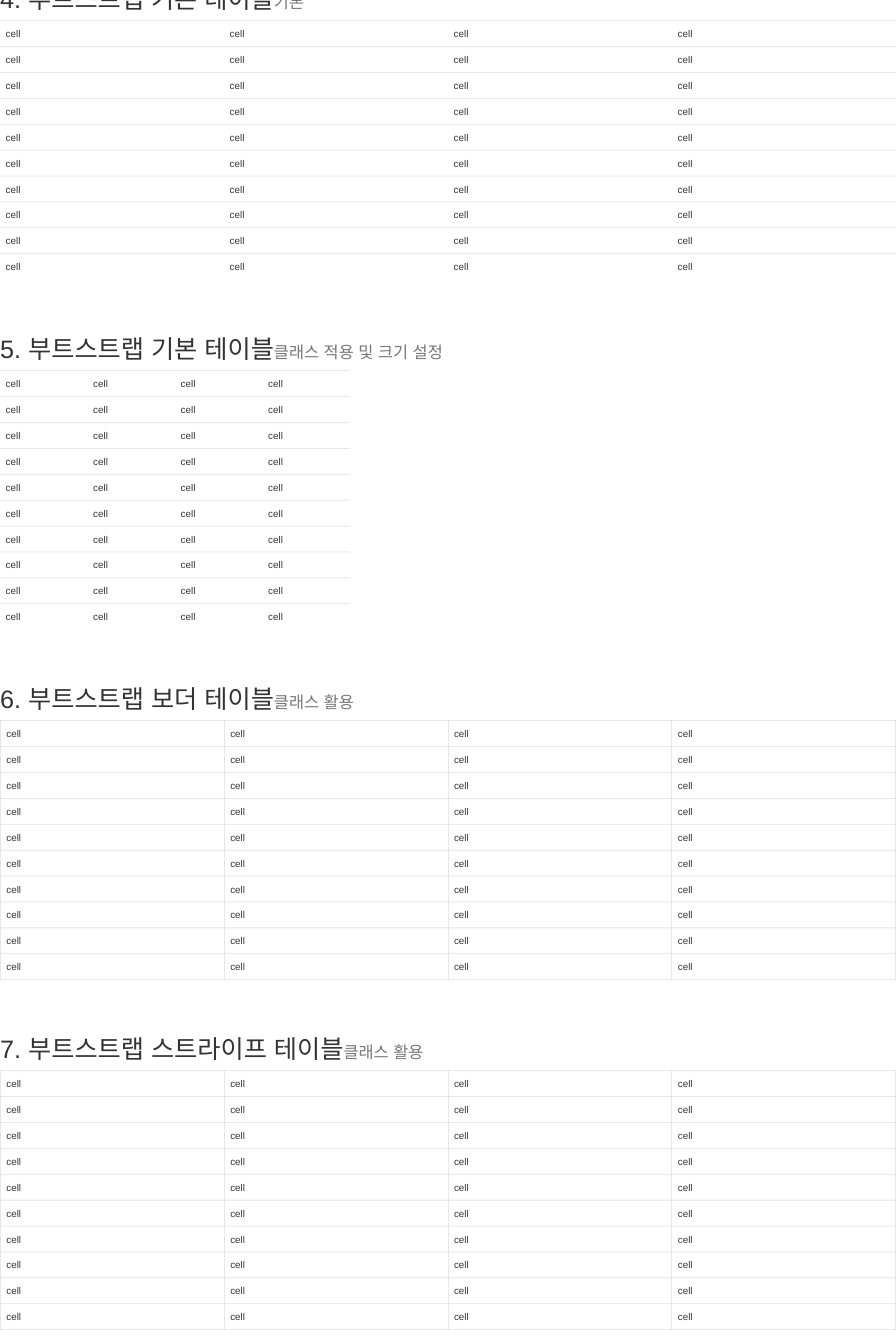
Repository: yhj4130/BootstrapStudy
Page: BootstrapWork/WebContent/BootEx02.html
The author's editor kept a copy of each file at every save. The page is drawn from the files as they stood at one save, then again after the next save.
The browser window is 1280 px wide. The pictures show the part of the page from y = 980 to 2900 px (the page is 2900 px tall before and 2899 px after), at 70% of full size.

Above is the page before, as saved 2019-06-12 01:49:06.

### BootstrapWork/WebContent/BootEx02.html
<!DOCTYPE html>
<html>
<head>
<meta charset="UTF-8">
<title>BootEx02.html</title>

<link rel="stylesheet" href="css/bootstrap.css">
<script type="text/javascript" src="js/jquery-3.4.1.min.js"></script>
<script type="text/javascript" src="js/bootstrap.min.js"></script>

<style type="text/css">
	/* 테이블 기본 서식 */
	#table
	{
		width: 500px;
		border: 1px solid black;
		border-collapse: collapse;
	}

	#table td
	{
		border: 1px solid black;
	}
</style>

</head>
<body>

<h1>1. 기본 테이블<small>기본</small></h1>

<!-- table>(tr>td{cell*4)*10 -->
<table>
	<tr>
		<td>cell</td>
		<td>cell</td>
		<td>cell</td>
		<td>cell</td>
	</tr>
	<tr>
		<td>cell</td>
		<td>cell</td>
		<td>cell</td>
		<td>cell</td>
	</tr>
	<tr>
		<td>cell</td>
		<td>cell</td>
		<td>cell</td>
		<td>cell</td>
	</tr>
	<tr>
		<td>cell</td>
		<td>cell</td>
		<td>cell</td>
		<td>cell</td>
	</tr>
	<tr>
		<td>cell</td>
		<td>cell</td>
		<td>cell</td>
		<td>cell</td>
	</tr>
	<tr>
		<td>cell</td>
		<td>cell</td>
		<td>cell</td>
		<td>cell</td>
	</tr>
	<tr>
		<td>cell</td>
		<td>cell</td>
		<td>cell</td>
		<td>cell</td>
	</tr>
	<tr>
		<td>cell</td>
		<td>cell</td>
		<td>cell</td>
		<td>cell</td>
	</tr>
	<tr>
		<td>cell</td>
		<td>cell</td>
		<td>cell</td>
		<td>cell</td>
	</tr>
	<tr>
		<td>cell</td>
		<td>cell</td>
		<td>cell</td>
		<td>cell</td>
	</tr>
</table>

<br><br>

<h1>2. 기본 테이블<small>기본</small></h1>

<table id="table">
	<tr>
		<td>cell</td>
		<td>cell</td>
		<td>cell</td>
		<td>cell</td>
	</tr>
	<tr>
		<td>cell</td>
		<td>cell</td>
		<td>cell</td>
		<td>cell</td>
	</tr>
	<tr>
		<td>cell</td>
		<td>cell</td>
		<td>cell</td>
		<td>cell</td>
	</tr>
	<tr>
		<td>cell</td>
		<td>cell</td>
		<td>cell</td>
		<td>cell</td>
	</tr>
	<tr>
		<td>cell</td>
		<td>cell</td>
		<td>cell</td>
		<td>cell</td>
	</tr>
	<tr>
		<td>cell</td>
		<td>cell</td>
		<td>cell</td>
		<td>cell</td>
	</tr>
	<tr>
		<td>cell</td>
		<td>cell</td>
		<td>cell</td>
		<td>cell</td>
	</tr>
	<tr>
		<td>cell</td>
		<td>cell</td>
		<td>cell</td>
		<td>cell</td>
	</tr>
	<tr>
		<td>cell</td>
		<td>cell</td>
		<td>cell</td>
		<td>cell</td>
	</tr>
	<tr>
		<td>cell</td>
		<td>cell</td>
		<td>cell</td>
		<td>cell</td>
	</tr>
</table>

<br><br>

<h1>3. 부트스트랩 기본 테이블<small>기본</small></h1>

<table>
	<tr>
		<td>cell</td>
		<td>cell</td>
		<td>cell</td>
		<td>cell</td>
	</tr>
	<tr>
		<td>cell</td>
		<td>cell</td>
		<td>cell</td>
		<td>cell</td>
	</tr>
	<tr>
		<td>cell</td>
		<td>cell</td>
		<td>cell</td>
		<td>cell</td>
	</tr>
	<tr>
		<td>cell</td>
		<td>cell</td>
		<td>cell</td>
		<td>cell</td>
	</tr>
	<tr>
		<td>cell</td>
		<td>cell</td>
		<td>cell</td>
		<td>cell</td>
	</tr>
	<tr>
		<td>cell</td>
		<td>cell</td>
		<td>cell</td>
		<td>cell</td>
	</tr>
	<tr>
		<td>cell</td>
		<td>cell</td>
		<td>cell</td>
		<td>cell</td>
	</tr>
	<tr>
		<td>cell</td>
		<td>cell</td>
		<td>cell</td>
		<td>cell</td>
	</tr>
	<tr>
		<td>cell</td>
		<td>cell</td>
		<td>cell</td>
		<td>cell</td>
	</tr>
	<tr>
		<td>cell</td>
		<td>cell</td>
		<td>cell</td>
		<td>cell</td>
	</tr>
</table>

<br><br>

<h1>4. 부트스트랩 기본 테이블<small>기본</small></h1>

<table class="table">
	<tr>
		<td>cell</td>
		<td>cell</td>
		<td>cell</td>
		<td>cell</td>
	</tr>
	<tr>
		<td>cell</td>
		<td>cell</td>
		<td>cell</td>
		<td>cell</td>
	</tr>
	<tr>
		<td>cell</td>
		<td>cell</td>
		<td>cell</td>
		<td>cell</td>
	</tr>
	<tr>
		<td>cell</td>
		<td>cell</td>
		<td>cell</td>
		<td>cell</td>
	</tr>
	<tr>
		<td>cell</td>
		<td>cell</td>
		<td>cell</td>
		<td>cell</td>
	</tr>
	<tr>
		<td>cell</td>
		<td>cell</td>
		<td>cell</td>
		<td>cell</td>
	</tr>
	<tr>
		<td>cell</td>
		<td>cell</td>
		<td>cell</td>
		<td>cell</td>
	</tr>
	<tr>
		<td>cell</td>
		<td>cell</td>
		<td>cell</td>
		<td>cell</td>
	</tr>
	<tr>
		<td>cell</td>
		<td>cell</td>
		<td>cell</td>
		<td>cell</td>
	</tr>
	<tr>
		<td>cell</td>
		<td>cell</td>
		<td>cell</td>
		<td>cell</td>
	</tr>
</table>

<br><br>

<h1>5. 부트스트랩 기본 테이블<small>클래스 적용 및 크기 설정</small></h1>

<table class="table" style="width: 500px;">
	<tr>
		<td>cell</td>
		<td>cell</td>
		<td>cell</td>
		<td>cell</td>
	</tr>
	<tr>
		<td>cell</td>
		<td>cell</td>
		<td>cell</td>
		<td>cell</td>
	</tr>
	<tr>
		<td>cell</td>
		<td>cell</td>
		<td>cell</td>
		<td>cell</td>
	</tr>
	<tr>
		<td>cell</td>
		<td>cell</td>
		<td>cell</td>
		<td>cell</td>
	</tr>
	<tr>
		<td>cell</td>
		<td>cell</td>
		<td>cell</td>
		<td>cell</td>
	</tr>
	<tr>
		<td>cell</td>
		<td>cell</td>
		<td>cell</td>
		<td>cell</td>
	</tr>
	<tr>
		<td>cell</td>
		<td>cell</td>
		<td>cell</td>
		<td>cell</td>
	</tr>
	<tr>
		<td>cell</td>
		<td>cell</td>
		<td>cell</td>
		<td>cell</td>
	</tr>
	<tr>
		<td>cell</td>
		<td>cell</td>
		<td>cell</td>
		<td>cell</td>
	</tr>
	<tr>
		<td>cell</td>
		<td>cell</td>
		<td>cell</td>
		<td>cell</td>
	</tr>
</table>

<br><br>

<h1>6. 부트스트랩 보더 테이블<small>클래스 활용</small></h1>

<table class="table table-bordered">
	<tr>
		<td>cell</td>
		<td>cell</td>
		<td>cell</td>
		<td>cell</td>
	</tr>
	<tr>
		<td>cell</td>
		<td>cell</td>
		<td>cell</td>
		<td>cell</td>
	</tr>
	<tr>
		<td>cell</td>
		<td>cell</td>
		<td>cell</td>
		<td>cell</td>
	</tr>
	<tr>
		<td>cell</td>
		<td>cell</td>
		<td>cell</td>
		<td>cell</td>
	</tr>
	<tr>
		<td>cell</td>
		<td>cell</td>
		<td>cell</td>
		<td>cell</td>
	</tr>
	<tr>
		<td>cell</td>
		<td>cell</td>
		<td>cell</td>
		<td>cell</td>
	</tr>
	<tr>
		<td>cell</td>
		<td>cell</td>
		<td>cell</td>
		<td>cell</td>
	</tr>
	<tr>
		<td>cell</td>
		<td>cell</td>
		<td>cell</td>
		<td>cell</td>
	</tr>
	<tr>
		<td>cell</td>
		<td>cell</td>
		<td>cell</td>
		<td>cell</td>
	</tr>
	<tr>
		<td>cell</td>
		<td>cell</td>
		<td>cell</td>
		<td>cell</td>
	</tr>
</table>

<br><br>

<h1>7. 부트스트랩 스트라이프 테이블<small>클래스 활용</small></h1>

<table class="table table-bordered">
	<tr>
		<td>cell</td>
		<td>cell</td>
		<td>cell</td>
		<td>cell</td>
	</tr>
	<tr>
		<td>cell</td>
		<td>cell</td>
		<td>cell</td>
		<td>cell</td>
	</tr>
	<tr>
		<td>cell</td>
		<td>cell</td>
		<td>cell</td>
		<td>cell</td>
	</tr>
	<tr>
		<td>cell</td>
		<td>cell</td>
		<td>cell</td>
		<td>cell</td>
	</tr>
	<tr>
		<td>cell</td>
		<td>cell</td>
		<td>cell</td>
		<td>cell</td>
	</tr>
	<tr>
		<td>cell</td>
		<td>cell</td>
		<td>cell</td>
		<td>cell</td>
	</tr>
	<tr>
		<td>cell</td>
		<td>cell</td>
		<td>cell</td>
		<td>cell</td>
	</tr>
	<tr>
		<td>cell</td>
		<td>cell</td>
		<td>cell</td>
		<td>cell</td>
	</tr>
	<tr>
		<td>cell</td>
		<td>cell</td>
		<td>cell</td>
		<td>cell</td>
	</tr>
	<tr>
		<td>cell</td>
		<td>cell</td>
		<td>cell</td>
		<td>cell</td>
	</tr>
</table>

</body>
</html>

Loaded but not shown: BootstrapWork/WebContent/css/bootstrap.css (library); BootstrapWork/WebContent/js/jquery-3.4.1.min.js (library); BootstrapWork/WebContent/js/bootstrap.min.js (library)

After the next save:
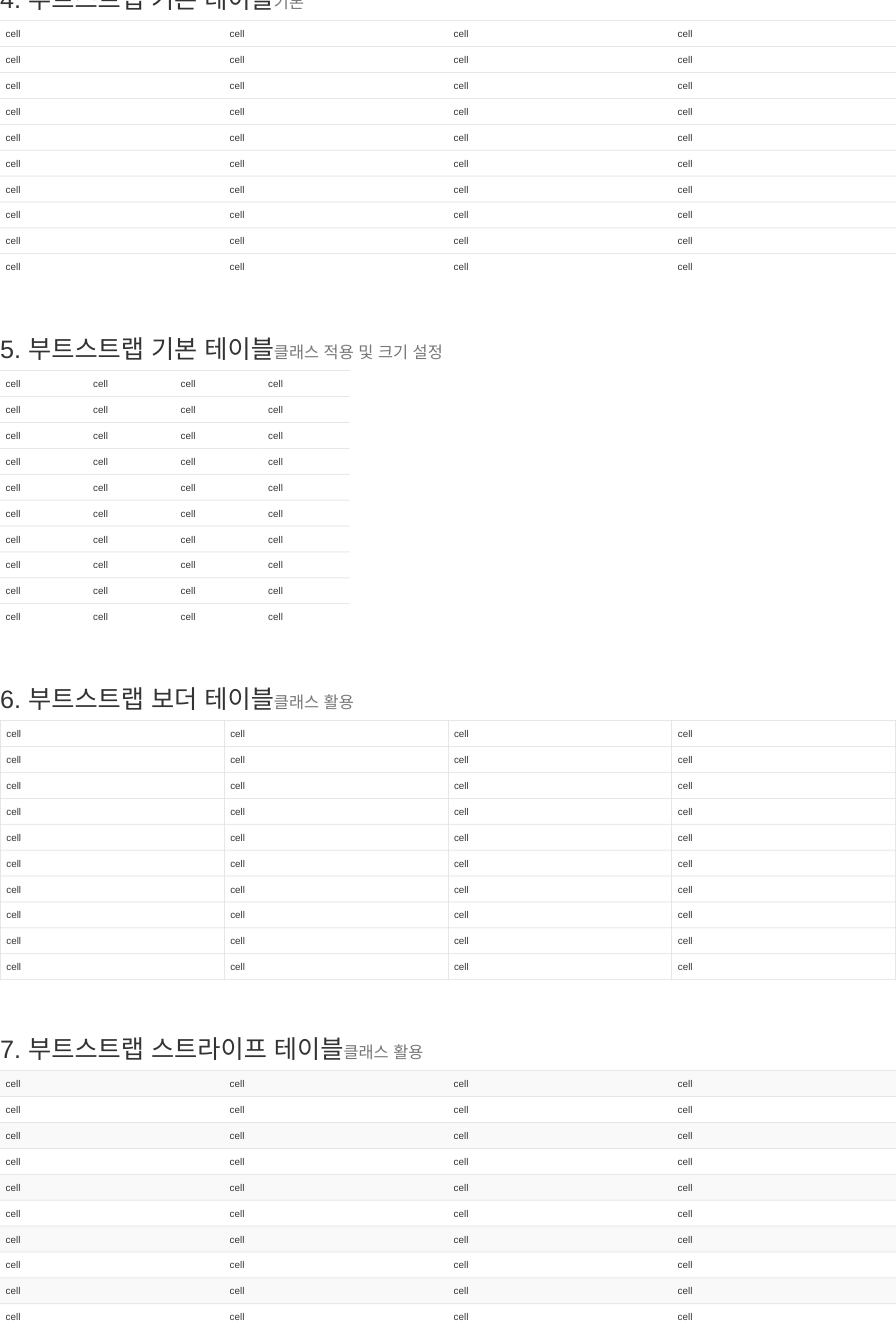
Saved 10 s later.
--- a/BootstrapWork/WebContent/BootEx02.html
+++ b/BootstrapWork/WebContent/BootEx02.html
@@ -431,7 +431,7 @@
 
 <h1>7. 부트스트랩 스트라이프 테이블<small>클래스 활용</small></h1>
 
-<table class="table table-bordered">
+<table class="table table-striped">
 	<tr>
 		<td>cell</td>
 		<td>cell</td>
